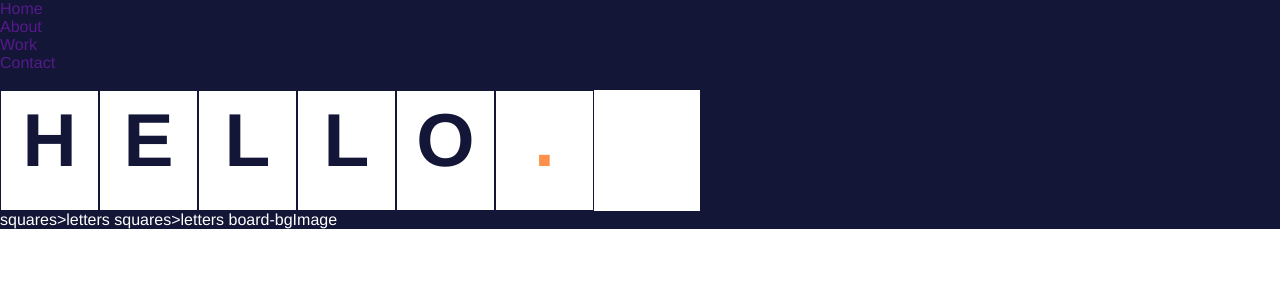
Repository: keloriane/animation-live
Page: /
The author's editor kept a copy of each file at every save. The page is drawn from the files as they stood at one save, then again after the next save.
The browser window is 1280 px wide. The pictures show the whole page.
The project was rebuilt for these pictures with package versions that can differ from the ones it lists, and the page was loaded fresh each time.

Above is the page before, as saved 2020-02-17 13:22:29.

After the next save:
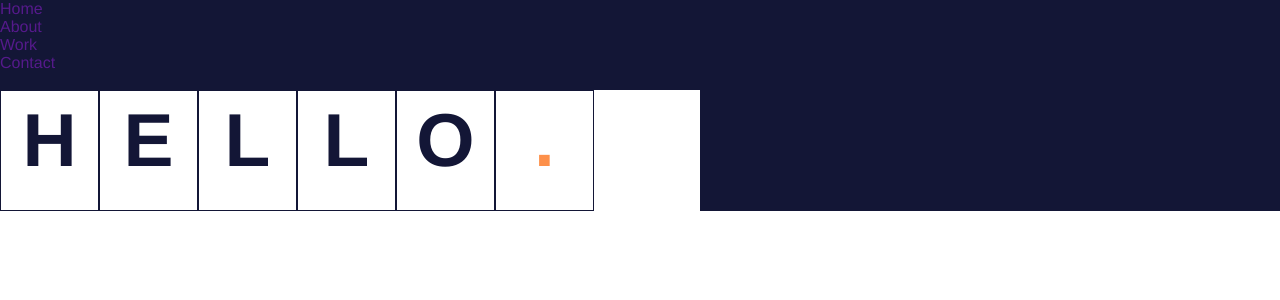
Saved 10 min 12 s later.
--- a/src/views/Home.js
+++ b/src/views/Home.js
@@ -19,6 +19,8 @@ const Home = () => {
     return (
         <div id="main-home">
             <Nav/>
+            <div className="container">
+
             <div className="board-animation">
                 <div className="wrapper">
                 <div className="title">
@@ -56,9 +58,9 @@ const Home = () => {
                     </div>
 
             </div>
-                    squares>letters
-                       squares>letters
-                    board-bgImage
+            </div>
+
+
 
         </div>
     )
